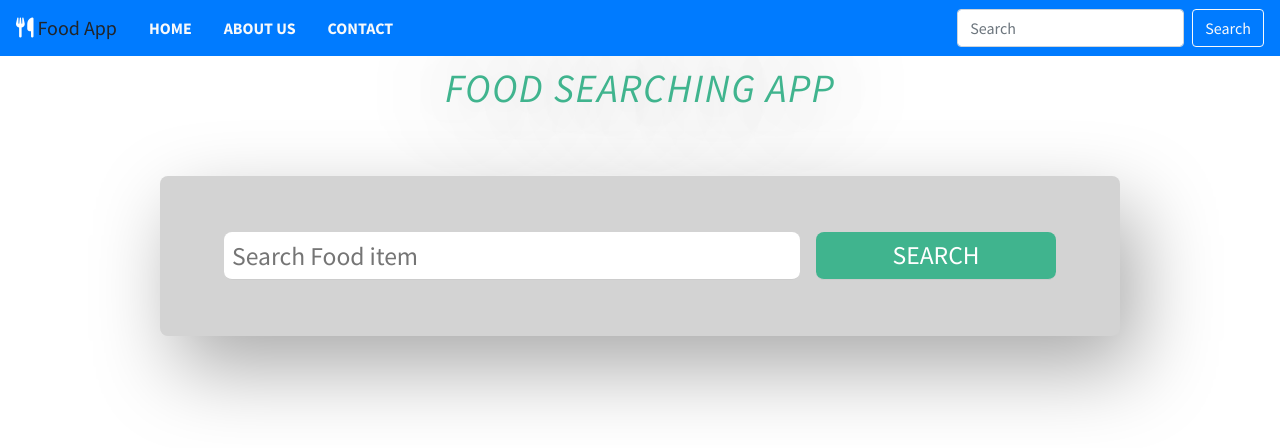
Repository: priyavmehta/React-Food-Recipe-App
Page: /
These files come from the project's save history. The page is drawn as it stood at one moment and after the next save; the edit follows.
The browser window is 1280 px wide. The pictures show the whole page.
Some web libraries are served in a nearby version. The project was rebuilt for these pictures with package versions that can differ from the ones it lists, and the page was loaded fresh each time. Also part of the build but not shown: src/Components/RecipeDetails.js, src/Components/Recipe.js, src/Components/Alert.js.

Above is the page before, as saved 2020-07-11 22:54:18.

After the next save:
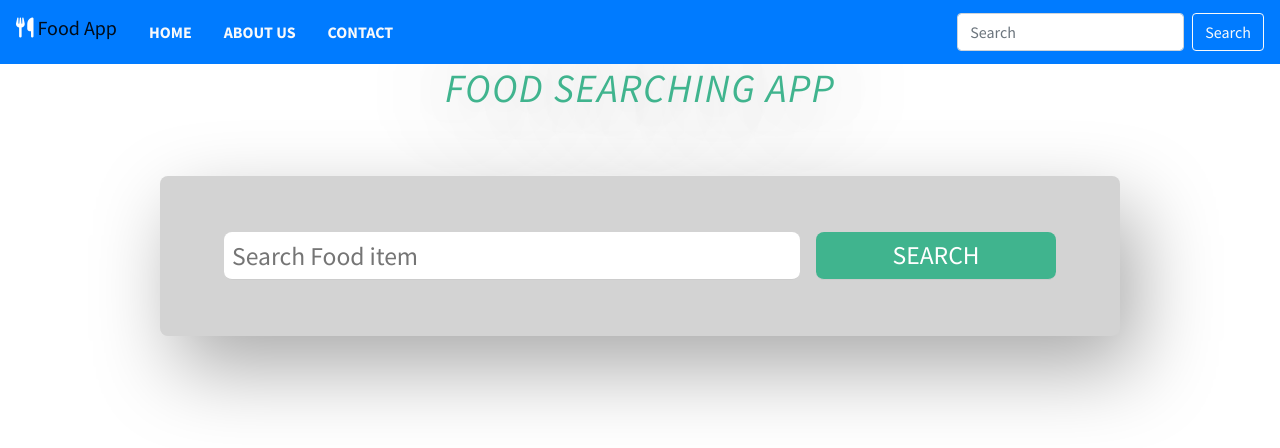
Saved 8 s later.
--- a/src/Components/Navbar.js
+++ b/src/Components/Navbar.js
@@ -6,7 +6,7 @@ const Navbar = ({icon, title}) => {
 
     return (
         <nav className="navbar navbar-expand-md navbar-light bg-primary fixed-top">
-            <a className="navbar-brand"><i className="fas fa-utensils"></i>  Food App</a>
+            <h3 className="navbar-brand"><i className="fas fa-utensils"></i>  Food App</h3>
             <button type="button" className="navbar-toggler bg-light" data-toggle="collapse" data-target="#nav">
                 <span className="navbar-toggler-icon"></span>
             </button>
